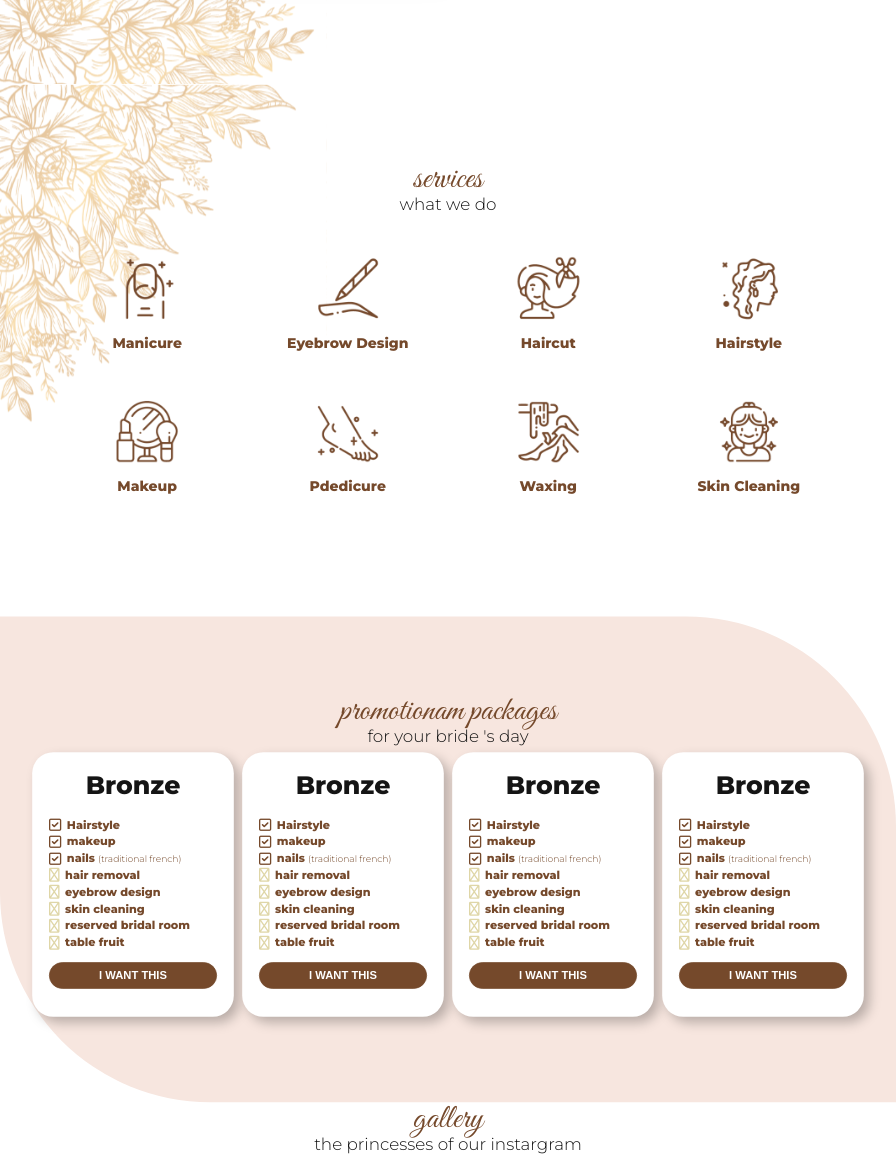
Repository: TuanHuflit2k1/clone-web01
Page: index.html
The author's editor kept a copy of each file at every save. The page is drawn from the files as they stood at one save, then again after a run of saves.
The browser window is 1280 px wide. The pictures show the part of the page from y = 1362 to 3282 px (the page is 3010 px tall before and 3282 px after), at 70% of full size.
Some web libraries are served in a nearby version.

Above is the page before, as saved 2022-04-28 12:42:22.

### index.html
<!DOCTYPE html>
<html lang="en">
  <head>
    <meta charset="UTF-8" />
    <meta http-equiv="X-UA-Compatible" content="IE=edge" />
    <meta name="viewport" content="width=device-width, initial-scale=1.0" />
    <title>Beauty Salon</title>
    <!-- css file -->
    <link rel="stylesheet" href="./style.css" />
    <!-- font awesomw CDN -->
    <link
      rel="stylesheet"
      href="https://cdnjs.cloudflare.com/ajax/libs/font-awesome/6.1.1/css/all.min.css"
      integrity="sha512-KfkfwYDsLkIlwQp6LFnl8zNdLGxu9YAA1QvwINks4PhcElQSvqcyVLLD9aMhXd13uQjoXtEKNosOWaZqXgel0g=="
      crossorigin="anonymous"
      referrerpolicy="no-referrer"
    />
  </head>
  <body>
    <!-- header -->
    <header class="header" id="header">
      <div class="navbar">
        <div class="logo">
          <img src="./img/logo.svg" alt="Logo" />
        </div>
        <nav class="nav-menu" id="nav-menu">
          <ul class="nav-list">
            <li><a href="#" class="nav-link active">home</a></li>
            <li><a href="#about" class="nav-link">about</a></li>
            <li><a href="#services" class="nav-link">services</a></li>
            <li><a href="#package" class="nav-link">package</a></li>
            <li><a href="#gallery" class="nav-link">gallery</a></li>
            <li><a href="#contact" class="nav-link">contact</a></li>
          </ul>
        </nav>
        <div class="nav-toggle" id="nav-toggle">
          <i class="fas fa-bars"></i>
        </div>
      </div>
    </header>
    <!-- end header -->
    <!-- start home section -->
    <section class="home">
      <div class="container">
        <div class="home-img">
          <img src="./img/home-img.png" />
        </div>
        <div class="home-content">
          <h1>Your big day<br /><span>in style</span></h1>
          <p>
            Come see our bride 's corner and take the opportunity to schedule
            your date
          </p>
          <a href="#" class="btn btn-outline">
            <i class="fab fa-whatsapp"></i>
            Schedule your time
          </a>
        </div>
      </div>
    </section>
    <!-- end section home -->
    <!-- start section about -->
    <section class="about" id="about">
      <div class="container">
        <div class="section-title">
          <h1>our story</h1>
          <span>studio hair</span>
        </div>
        <div class="about-detail">
          <div class="about-detal-content">
            <div class="about-img">
              <img src="./img/about-img.jpg" />
            </div>
            <div class="about-description">
              <p>
                Lorem ipsum dolor sit amet consectetur adipisicing elit. Error,
                maiores!
              </p>
              <p>
                Lorem ipsum dolor sit amet consectetur adipisicing elit.
                Distinctio itaque, adipisci animi quisquam aliquid excepturi!
              </p>
              <p>
                Lorem ipsum dolor sit amet consectetur adipisicing elit.
                Blanditiis, sequi?
              </p>
            </div>
          </div>
        </div>
      </div>
    </section>
    <!-- end section about -->
    <!-- start service section -->
    <div class="services" id="services">
      <div class="services-content">
        <div class="section-title">
          <h1>services</h1>
          <span>what we do</span>
        </div>
        <div class="services-content-description">
          <div class="box">
            <div class="inner">
              <img src="./img/services/manicure.png" />
              <p>manicure</p>
            </div>
          </div>
          <div class="box">
            <div class="inner">
              <img src="./img/services/eyebrow design.png" />
              <p>eyebrow design</p>
            </div>
          </div>
          <div class="box">
            <div class="inner">
              <img src="./img/services/haircut.png" />
              <p>haircut</p>
            </div>
          </div>
          <div class="box">
            <div class="inner">
              <img src="./img/services/hairstyle.png" />
              <p>hairstyle</p>
            </div>
          </div>
          <div class="box">
            <div class="inner">
              <img src="./img/services/makeup.png" />
              <p>makeup</p>
            </div>
          </div>
          <div class="box">
            <div class="inner">
              <img src="./img/services/pedicure.png" />
              <p>pdedicure</p>
            </div>
          </div>
          <div class="box">
            <div class="inner">
              <img src="./img/services/waxing.png" />
              <p>waxing</p>
            </div>
          </div>
          <div class="box">
            <div class="inner">
              <img src="./img/services/skin cleansing.png" />
              <p>skin cleaning</p>
            </div>
          </div>
        </div>
      </div>
    </div>
    <!-- end services section -->
    <!-- start package section -->
    <div class="package" id="package">
      <div class="section-title">
        <h1>promotionam packages</h1>
        <span>for your bride 's day</span>
      </div>
      <div class="package-cards">
        <div class="card">
          <div class="card-title">
            <h1>Bronze</h1>
          </div>
          <div class="card-items">
            <div class="item">
              <i class="far fa-check-square check-icon"></i>
              <p>Hairstyle</p>
            </div>
            <div class="item">
              <i class="far fa-check-square check-icon"></i>
              <p>makeup</p>
            </div>
            <div class="item">
                <i class="far fa-check-square check-icon"></i>
                <p>nails <span>(traditional french)</span></p>
              </div>
              <div class="item">
                <i class="far fa-times-square x-icon"></i>
                <p class="not">hair removal</p>
              </div>
              <div class="item">
                <i class="far fa-times-square x-icon"></i>
                <p class="not">eyebrow design</p>
              </div>
              <div class="item">
                <i class="far fa-times-square x-icon"></i>
                <p class="not">skin cleaning</p>
              </div>
              <div class="item">
                <i class="far fa-times-square x-icon"></i>
                <p class="not"> reserved bridal room</p>
              </div>
              <div class="item">
                <i class="far fa-times-square x-icon"></i>
                <p class="not">table fruit</p>
              </div>
            <button class="btn">I want this</button>

          </div>

      </div>
      <div class="card">
        <div class="card-title">
          <h1>Bronze</h1>
        </div>
        <div class="card-items">
          <div class="item">
            <i class="far fa-check-square check-icon"></i>
            <p>Hairstyle</p>
          </div>
          <div class="item">
            <i class="far fa-check-square check-icon"></i>
            <p>makeup</p>
          </div>
          <div class="item">
              <i class="far fa-check-square check-icon"></i>
              <p>nails <span>(traditional french)</span></p>
            </div>
            <div class="item">
              <i class="far fa-times-square x-icon"></i>
              <p class="not">hair removal</p>
            </div>
            <div class="item">
              <i class="far fa-times-square x-icon"></i>
              <p class="not">eyebrow design</p>
            </div>
            <div class="item">
              <i class="far fa-times-square x-icon"></i>
              <p class="not">skin cleaning</p>
            </div>
            <div class="item">
              <i class="far fa-times-square x-icon"></i>
              <p class="not"> reserved bridal room</p>
            </div>
            <div class="item">
              <i class="far fa-times-square x-icon"></i>
              <p class="not">table fruit</p>
            </div>
            <button class="btn">I want this</button>

        </div>

    </div>
    <div class="card">
        <div class="card-title">
          <h1>Bronze</h1>
        </div>
        <div class="card-items">
          <div class="item">
            <i class="far fa-check-square check-icon"></i>
            <p>Hairstyle</p>
          </div>
          <div class="item">
            <i class="far fa-check-square check-icon"></i>
            <p>makeup</p>
          </div>
          <div class="item">
              <i class="far fa-check-square check-icon"></i>
              <p>nails <span>(traditional french)</span></p>
            </div>
            <div class="item">
              <i class="far fa-times-square x-icon"></i>
              <p class="not">hair removal</p>
            </div>
            <div class="item">
              <i class="far fa-times-square x-icon"></i>
              <p class="not">eyebrow design</p>
            </div>
            <div class="item">
              <i class="far fa-times-square x-icon"></i>
              <p class="not">skin cleaning</p>
            </div>
            <div class="item">
              <i class="far fa-times-square x-icon"></i>
              <p class="not"> reserved bridal room</p>
            </div>
            <div class="item">
              <i class="far fa-times-square x-icon"></i>
              <p class="not">table fruit</p>
            </div>
            <button class="btn">I want this</button>

        </div>

    </div>
    <div class="card">
        <div class="card-title">
          <h1>Bronze</h1>
        </div>
        <div class="card-items">
          <div class="item">
            <i class="far fa-check-square check-icon"></i>
            <p>Hairstyle</p>
          </div>
          <div class="item">
            <i class="far fa-check-square check-icon"></i>
            <p>makeup</p>
          </div>
          <div class="item">
              <i class="far fa-check-square check-icon"></i>
              <p>nails <span>(traditional french)</span></p>
            </div>
            <div class="item">
              <i class="far fa-times-square x-icon"></i>
              <p class="not">hair removal</p>
            </div>
            <div class="item">
              <i class="far fa-times-square x-icon"></i>
              <p class="not">eyebrow design</p>
            </div>
            <div class="item">
              <i class="far fa-times-square x-icon"></i>
              <p class="not">skin cleaning</p>
            </div>
            <div class="item">
              <i class="far fa-times-square x-icon"></i>
              <p class="not"> reserved bridal room</p>
            </div>
            <div class="item">
              <i class="far fa-times-square x-icon"></i>
              <p class="not">table fruit</p>
            </div>
            <button class="btn">I want this</button>
        </div>

    </div>

        </div>
      </div>
    </div>
    <!-- end package asection -->
    <!-- start galley section -->
    <section class="gallery" id="gallery">
<div class="gallery-content">
    <div class="section-title">
        <h1>gallery</h1>
        <span>the princesses of our instargram</span>
    </div>
    <div class="gallery-list-img">

    </div>
</div>
    </section>
    <!-- link js -->
    <script src="./main.js"></script>
  </body>
</html>

### style.css
/* font */
@import url("https://fonts.googleapis.com/css2?family=Great+Vibes&family=Montserrat:wght@300;400;600;800&display=swap");
:root {
  --header-height: 5rem;
  --main-color: #f7e6df;
  --first-color: #75492b;
  --secon-color: #dfd6a7;
  --white-color: #fff;
  --black-color: #151515;

  --font-cursive: "Great Vibes", cursive;
  --font-body: "Montserrat", sans-serif;

  --big-font-size: 3rem;
  --h1-font-size: 2.25rem;
  --h2-font-size: 1.5rem;
  --h3-font-size: 1.25rem;
  --normal-font-size: 1rem;
  --small-font-size: 0.813rem;
}
* {
  box-sizing: border-box;
  margin: 0;
  padding: 0;
  text-decoration: none;
  list-style: none;
  outline: none;
  border: none;
}
html {
  scroll-behavior: smooth;
}
body {
  background-color: var(--white-color);
  font-size: var(--normal-font-size);
  font-family: var(--font-body);
  overflow-x: hidden;
}
/* button */
.btn {
  width: 240px;
  display: flex;
  align-items: center;
  justify-content: center;
  text-align: center;
  background-color: var(--first-color);
  color: var(--white-color);
  border: 1px solid var(--first-color);
  border-radius: 50px;
  font-size: var(--normal-font-size);
  font-weight: bold;
  text-transform: uppercase;
  line-height: 1rem;
  padding: 10px 20px;
  cursor: pointer;
  transition: all 0.4s ease;
}
.btn:hover {
  background-color: transparent;
  color: var(--first-color);
}
.btn-outline {
  width: 280px;
  background-color: transparent;
  color: var(--first-color);
  padding: 5px 10px 5px 0;
  transition: all 0.4s ease;
  position: relative;
}
.btn-outline::before {
  content: "";
  position: absolute;
  top: 0;
  left: 0;
  width: 18%;
  height: 100%;
  background-color: var(--first-color);
  border: 1px solid var(--first-color);
  border-radius: 50px;
  transition: all 0.4s ease-in-out;
}
.btn-outline i {
  margin-right: 1.5rem;
  font-size: var(--h3-font-size);
  color: var(--white-color);
  z-index: 10;
}
.btn-outline:hover::before {
  width: 100%;
  z-index: -1;
}
.btn-outline:hover {
  color: var(--white-color);
  z-index: 10;
}
/* end button */
.header {
  position: fixed;
  top: 0;
  left: 0;
  right: 0;
  height: var(--header-height);
  background-color: rgba(255, 255, 255, 0.3);
  z-index: 10000;
  transition: all 0.4s ease;
}
.scroll-header {
  background-color: var(--white-color);
  box-shadow: 0 4px 6px rgba(0, 0, 0, 0.1);
}
.navbar {
  width: 100%;
  max-width: 1200px;
  margin: 0 auto;
  display: flex;
  justify-content: space-between;
  align-items: center;
  padding: 20px;
}
.nav-menu .nav-list {
  display: flex;
}
.nav-menu li {
  margin-right: 2rem;
}
.nav-link {
  font-size: var(--normal-font-size);
  color: var(--black-color);
  font-weight: bold;
  text-transform: capitalize;
  position: relative;
  transition: all 0.4s ease;
}
.nav-link::before {
  content: "";
  position: absolute;
  width: 0;
  left: 0;
  bottom: 0;
  height: 2px;
  background-color: var(--first-color);
  transition: all 0.4s ease-in-out;
}
.nav-link:hover::before {
  width: 100%;
}
.nav-link:hover,
.nav-link.active {
  color: var(--first-color);
}
.nav-toggle {
  font-size: var(--h1-font-size);
  padding: 5px 5px 0;
  border: 2px solid transparent;
  cursor: pointer;
  z-index: 100;
  display: none;
}
.nav-toggle:hover {
  color: var(--first-color);
  border: 2px solid var(--first-color);
}
/* Start Home Section */
.home {
  width: 100%;
  height: 100vh;
  background-color: var(--main-color);
  border-radius: 0 0 300px 0;
}
.home .container {
  max-width: 1200px;
  margin: 0 auto;
  display: flex;
  flex-wrap: wrap;
}
.home .home-img img {
  max-width: 100%;
  height: 100%;
}
.home .home-content {
  width: 40%;
  height: 100vh;
  display: flex;
  flex-direction: column;
  align-items: flex-start;
  justify-content: center;
}
.home-content h1 {
  font-family: var(--font-cursive);
  font-size: 4rem;
  line-height: 3.5rem;
  letter-spacing: 4px;
  color: var(--first-color);
  margin-bottom: 1.5rem;
}
.home-content p {
  font-weight: 400;
  line-height: 1.5rem;
  letter-spacing: 2px;
  color: var(--black-color);
  margin-bottom: 1.5rem;
}

/* End Home Section */
/* start about section */
.about {
  width: 100%;
  padding: 7rem 0;
  background-image: url(./img/arabesque-left-bottom.svg);
  background-repeat: no-repeat;
  background-position: bottom left;
  z-index: -1;
}
.about .container {
  max-width: 1200px;
  margin: 0 auto;
  display: flex;
  flex-wrap: wrap;
}
.section-title {
  text-align: center;
  margin: 0 auto;
}
.section-title h1 {
  font-family: var(--font-cursive);
  font-size: var(--big-font-size);
  font-weight: 400;
  line-height: 3rem;
  color: var(--first-color);
}
.section-title span {
  font-weight: 300;
  font-size: var(--h2-font-size);
  line-height: 1.5rem;
  color: var(--black-color);
}
.about-detail {
  width: 100%;
  padding: 2rem;
}
.about-detal-content {
  display: grid;
  grid-template-columns: repeat(2, 1fr);
  gap: 1rem;
  align-items: center;
  border: 2px solid var(--first-color);
  border-radius: 30px;
  padding: 1rem;
}
.about-img img {
  width: 100%;
  border-radius: 30px;
  filter: drop-shadow(16px 16px 16px rgba(0, 0, 0, 0.25));
}
.about-description {
  position: relative;
  padding: 2rem;
}
.about-description::before {
  content: "";
  position: absolute;
  width: 100%;
  height: 110%;
  top: -10%;
  left: 0;
  background-color: var(--main-color);
  border-radius: 30px;
  box-shadow: 4px 8px 16px rgba(0, 0, 0, 0.25);
  z-index: -1;
}
.about-description p {
  font-weight: 400;
  line-height: 2rem;
  color: var(--black-color);
}
/* start services section */

.services {
  width: 100%;
  padding: 7rem 0;
  background-image: url(./img/arabesque-left-top.svg);
  background-repeat: no-repeat;
  background-position: top left;
  z-index: -1;
}
.services-content {
  max-width: 1200px;
  margin: 0 auto;
  display: flex;
  flex-wrap: wrap;
}
.services-content-description {
  width: 100%;
  max-width: 1200px;
  margin: 0 auto;
  padding: 2rem;
  text-align: center;
  display: grid;
  grid-template-columns: repeat(4, 1fr);
  gap: 10px;
}
.services-content-description .box {
  padding: 20px;
}
.services-content-description .box .inner img {
  width: 90px;
  margin-bottom: 1rem;
}
.services-content-description .box .inner {
  font-size: var(--h3-font-size);
  font-weight: 800;
  text-transform: capitalize;
  color: var(--first-color);
  padding: 10px;
  position: relative;
}
.services-content-description .box .inner::before,
.services-content-description .box .inner::after {
  content: "";
  position: absolute;
  width: 0;
  height: 0;
  box-sizing: border-box;
  transition: all 0.8s ease;
}
.services-content-description .box .inner::before {
  bottom: 0;
  left: 0;
  border-bottom: 3px solid transparent;
  border-left: 3px solid transparent;
}
.services-content-description .box .inner::after {
  top: 0;
  right: 0;
  border-top: 3px solid transparent;
  border-right: 3px solid transparent;
}
.services-content-description .box:hover .inner::before,
.services-content-description .box:hover .inner::after {
  width: 100%;
  height: 100%;
  border-color: var(--first-color);
}
/* end services section */
/* start package */
.package {
  width: 100%;
  padding: 7rem 0;
  background-color: var(--main-color);
  border-radius: 0 300px;
}
.package-cards {
  max-width: 1200px;
  display: flex;
  flex-wrap: wrap;
  margin: 0 auto;
}
.card {
  background-color: var(--white-color);
  box-shadow: 8px 8px 16px rgba(0, 0, 0, 0.25);
  border-radius: 30px;
  padding: 1.5rem;
  margin: 10px auto;
  transition: all 0.4s ease-in-out;
  cursor: pointer;
}
.card:hover {
  transform: scale(1.1);
}
.card-title {
  text-align: center;
  margin-bottom: 1.5rem;
}
.card-title h1 {
  font-weight: bold;
  font-size: var(--h1-font-size);
  line-height: 2, 25rem;
  color: var(--black-color);
}
.card-items {
  margin-bottom: 1rem;
}
.card-items .item p {
  font-weight: bold;
  line-height: 1.5rem;
  color: var(--first-color);
  margin-left: 0.5rem;
}
.item {
  display: flex;
  align-items: center;
}
.card-items .item p span {
  font-size: var(--small-font-size);
  font-weight: 300;
}
.item .check-icon,
.item .x-icon {
  font-size: var(--h3-font-size);
}
.item .x-icon,
.item .not {
  color: var(--secon-color);
}
.item .check-icon {
  color: var(--first-color);
}
.card-items button {
  margin: 1rem auto 0;
}
@media (max-width: 920px) {
  .nav-menu {
    position: absolute;
    top: 0;
    right: 0;
    width: 0;
    height: 100vh;
    background-color: var(--main-color);
    font-size: var(--h2-font-size);
    text-align: center;
    text-transform: capitalize;
    padding-top: var(--header-height);
    box-shadow: 0 0 5px rgba(0, 0, 0, 0.4);
    transition: all 0.4s ease-in-out;
  }
  .show-nav {
    width: 60%;
  }
  .nav-menu .nav-list {
    display: block;
  }
  .nav-menu li {
    padding: 15px 0;
  }
  .nav-link {
    font-size: var(--h3-font-size);
  }
  .nav-toggle {
    display: block;
  }
  .home .home-img img {
    display: none;
  }
  .home .home-content {
    width: 100%;
    height: 100vh;
    display: flex;
    justify-content: center;
    align-items: center;
  }
  .home-content h1 {
    font-size: var(--big-font-size);
  }
  .home-content p {
    padding: 0 2rem;
  }
  .about-detal-content {
    grid-template-columns: unset;
  }
  .services-content-description {
    grid-template-columns: repeat(2, 1fr);
  }
}
@media (max-width: 560px) {
  .services-content-description {
    grid-template-columns: unset;
  }
}

### main.js
//Show Navbar
const nav = document.querySelector(".nav-menu");
const toggle = document.querySelector(".nav-toggle");
toggle.onclick = () => {
  nav.classList.toggle("show-nav");
};
//Remove bar
const navLink = document.querySelectorAll(".nav-link");
function linkAction() {
  nav.classList.remove("show-nav");
}
navLink.forEach((n) => n.addEventListener("click", linkAction));
//change active color
function colorLink() {
  if (navLink) {
    navLink.forEach((n) => n.classList.remove("active"));
    this.classList.add("active");
  }
}
navLink.forEach((l) => l.addEventListener("click", colorLink));

After the next 6 saves:
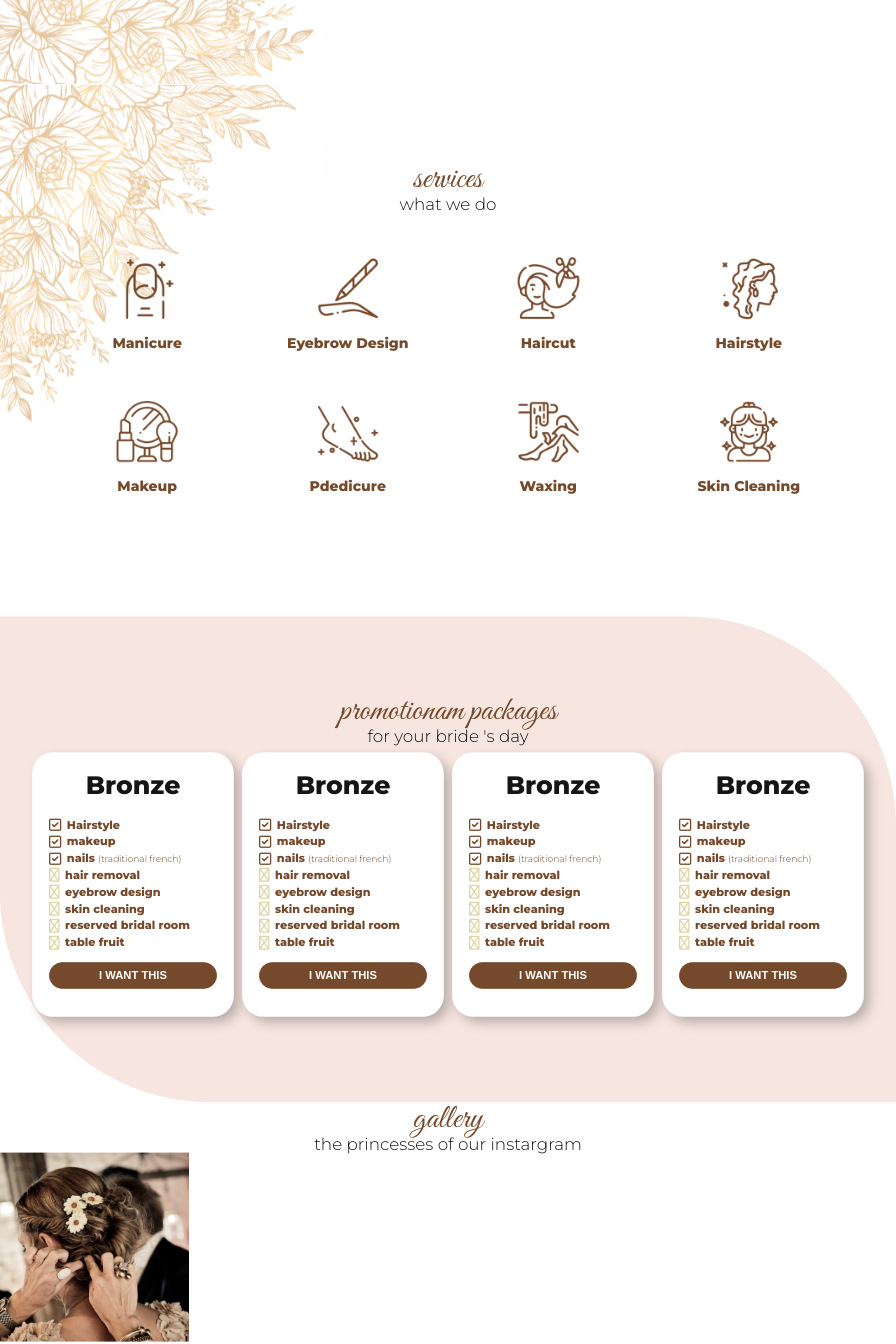
The 6 saves are shown as one change because they came seconds apart.
The last was saved 21 s later.
--- a/index.html
+++ b/index.html
@@ -337,7 +337,9 @@
         <span>the princesses of our instargram</span>
     </div>
     <div class="gallery-list-img">
-
+        <div class="gallery-img">
+            <img src="./img/img-insta/photo1.png" alt="">
+        </div>
     </div>
 </div>
     </section>
